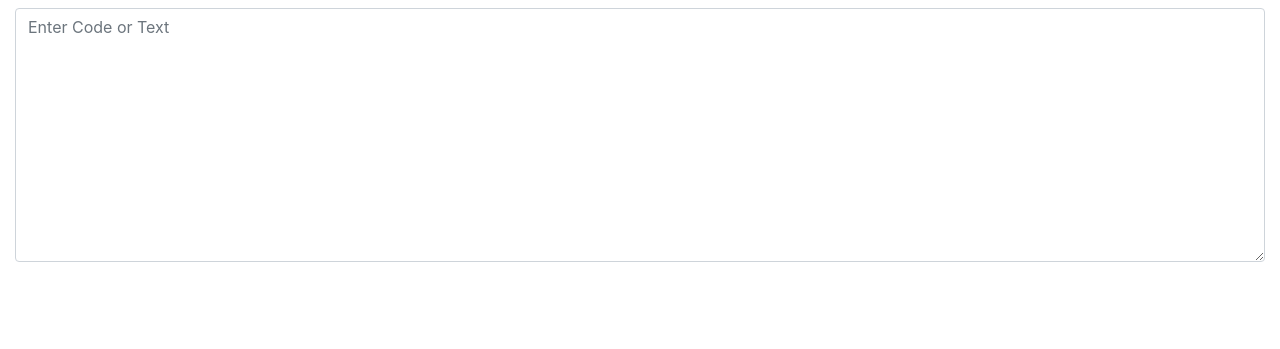
Repository: derektypist/markdown-previewer
Page: index.html
The author's editor kept a record of every edit. The page is drawn from the files as they stood at one moment, then again after the next edit.
The browser window is 1280 px wide. The pictures show the whole page.

Above is the page before.

### index.html
<!DOCTYPE html>
<html lang="en">
<head>
    <meta charset="UTF-8">
    <meta name="viewport" content="width=device-width, initial-scale=1.0">
    <meta http-equiv="X-UA-Compatible" content="ie=edge">
    <title>Markdown Previewer</title>
    <!-- Load Style Sheets -->
    <link rel="stylesheet" href="https://maxcdn.bootstrapcdn.com/bootstrap/4.4.1/css/bootstrap.min.css" integrity="sha384-Vkoo8x4CGsO3+Hhxv8T/Q5PaXtkKtu6ug5TOeNV6gBiFeWPGFN9MuhOf23Q9Ifjh" crossorigin="anonymous">
    <link href="https://fonts.googleapis.com/css?family=Roboto&display=swap" rel="stylesheet">
    <style>

    /* Heading H1 */
        h1 {
            font-family: "Roboto", Arial, Verdana, sans-serif;
            text-align: center;
        }

    /* Editor */
    #editor {
        font-family: "Consolas", ;
    }
    </style>
</head>
<body>
    <header>
        <h1></h1>
    </header>
    <section class="container-fluid">
        <article>
            <textarea class="form-control" id="editor" rows="10" placeholder="Enter Code or Text"></textarea>
        </article>
    </section>
</body>
</html>

After the next edit:
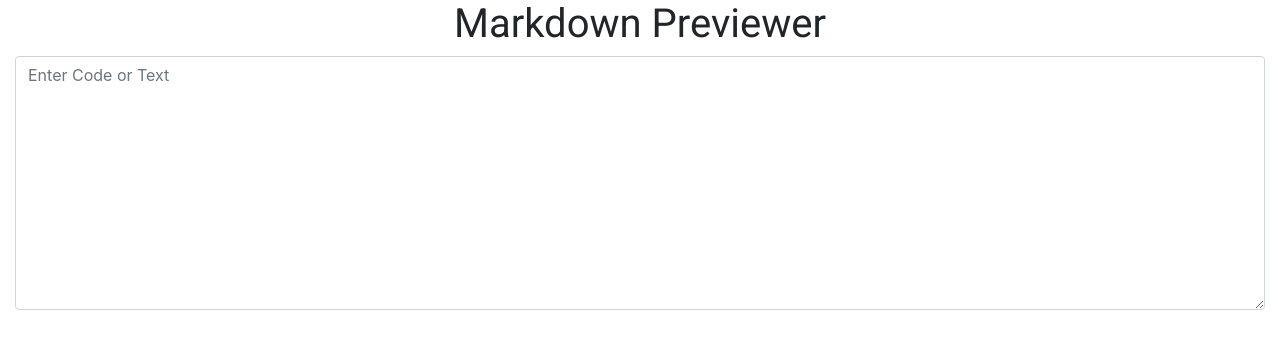
The edit:
--- a/index.html
+++ b/index.html
@@ -23,8 +23,9 @@
     </style>
 </head>
 <body>
+    <!-- Set Up Heading -->
     <header>
-        <h1></h1>
+        <h1>Markdown Previewer</h1>
     </header>
     <section class="container-fluid">
         <article>
